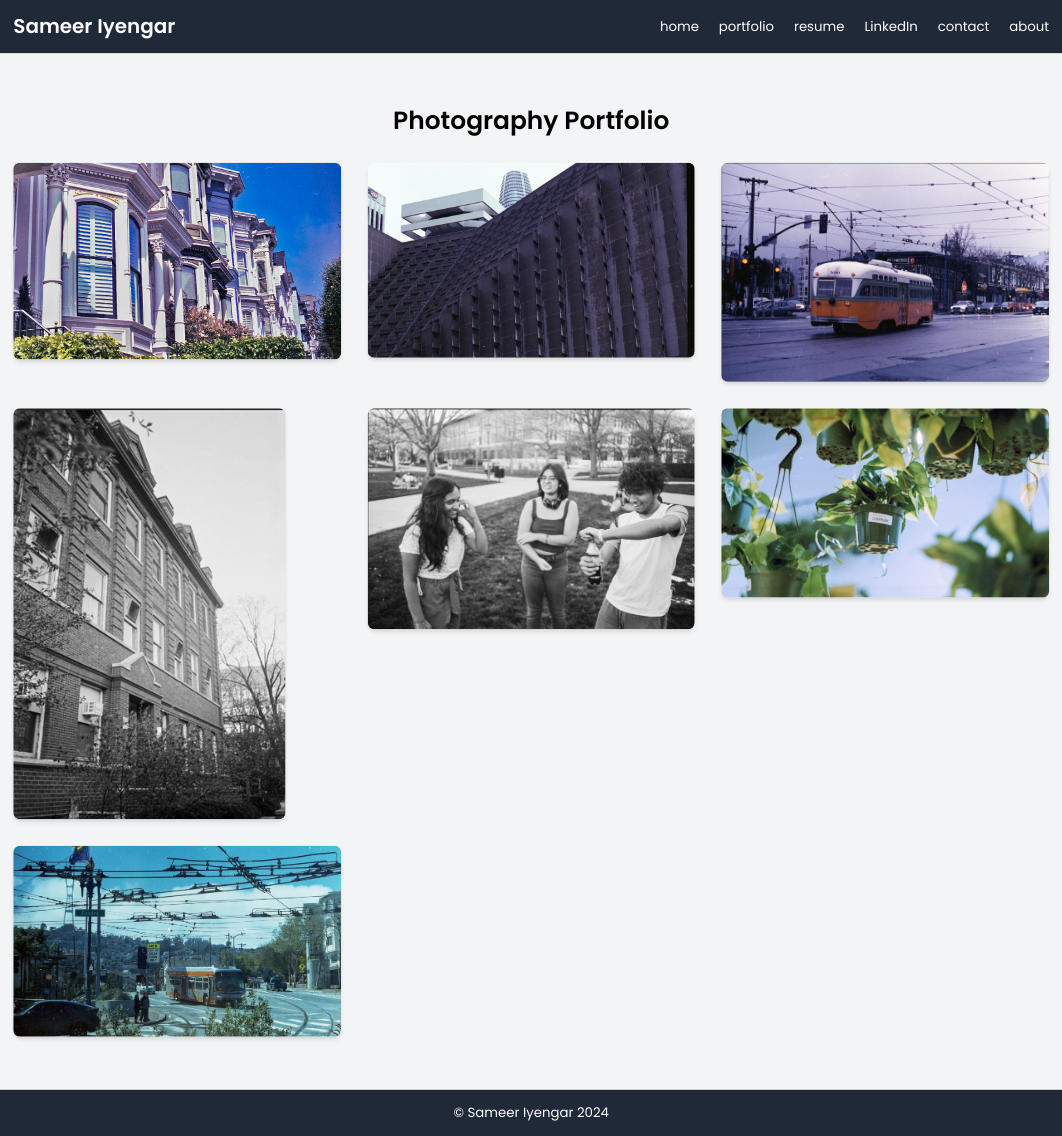
Repository: siyengar04/siyengar04.github.io
Page: portfolio.html
These files come from the project's save history. The page is drawn as it stood at one moment and after the next save; the edit follows.
The browser window is 1280 px wide. The pictures show the whole page, at 83% of full size.
Some web libraries are served in a nearby version.

Above is the page before, as saved 2024-11-05 21:58:41.

### portfolio.html
<!DOCTYPE html>
<html lang="en">

<head>
    <meta charset="UTF-8">
    <meta name="viewport" content="width=device-width, initial-scale=1.0">
    <title>Sameer Iyengar</title>
    <script src="https://cdn.tailwindcss.com"></script>
    <link href="https://fonts.googleapis.com/css2?family=Poppins:wght@300;400;600&display=swap" rel="stylesheet">
    <style>
        body {
            font-family: 'Poppins', sans-serif;
        }
    </style>
</head>

<body class="bg-gray-100">
    <header class="bg-gray-800 text-white py-4">
        <div class="container mx-auto flex justify-between items-center px-4">
            <h1 class="text-2xl font-semibold">Sameer Iyengar</h1>
            <div class="md:hidden">
                <button id="nav-toggle" class="text-white focus:outline-none">
                    <svg xmlns="http://www.w3.org/2000/svg" class="h-6 w-6" fill="none" viewBox="0 0 24 24" stroke="currentColor">
                        <path stroke-linecap="round" stroke-linejoin="round" stroke-width="2" d="M4 6h16M4 12h16m-7 6h7" />
                    </svg>
                </button>
            </div>
            <nav id="nav-menu" class="hidden md:flex md:space-x-6">
                <ul class="flex flex-col md:flex-row space-y-4 md:space-y-0 md:space-x-6">
                    <li><a href="index.html" class="hover:text-gray-400">home</a></li>
                    <li><a href="/portfolio.html" class="hover:text-gray-400">portfolio</a></li>
                    <li><a href="/resume.html" class="hover:text-gray-400">resume</a></li>
                    <li><a href="https://www.linkedin.com/in/sameer-iyengar/" class="hover:text-gray-400">LinkedIn</a></li>
                    <li><a href="/contact.html" class="hover:text-gray-400">contact</a></li>
                    <li><a href="/about.html" class="hover:text-gray-400">about</a></li>
                </ul>
            </nav>
        </div>
    </header>
    <section id="portfolio" class="portfolio py-16">
        <div class="container mx-auto px-4">
            <h2 class="text-3xl font-bold mb-8 text-center">Photography Portfolio</h2>
            <div class="grid grid-cols-1 md:grid-cols-2 lg:grid-cols-3 gap-8">
                <img src="/images/photo1.jpg" alt="Photo 1" class="w-auto h-auto rounded-lg shadow-md">
                <img src="/images/photo2.jpg" alt="Photo 2" class="w-auto h-auto rounded-lg shadow-md">
                <img src="/images/photo3.png" alt="Photo 3" class="w-auto h-auto rounded-lg shadow-md">
                <img src="/images/photo4.png" alt="Photo 4" class="w-auto h-auto rounded-lg shadow-md">
                <img src="/images/photo5.png" alt="Photo 5" class="w-auto h-auto rounded-lg shadow-md">
                <img src="/images/photo6.jpg" alt="Photo 6" class="w-auto h-auto rounded-lg shadow-md">
                <img src="/images/photo7.jpg" alt="Photo 7" class="w-auto h-auto rounded-lg shadow-md">

            </div>
        </div>
    </section>



    <footer class="bg-gray-800 text-white text-center py-4">
        <div class="container mx-auto">
            <p>&copy; Sameer Iyengar 2024</p>
        </div>
    </footer>

    <script>
        const navToggle = document.getElementById('nav-toggle');
        const navMenu = document.getElementById('nav-menu');

        navToggle.addEventListener('click', () => {
            navMenu.classList.toggle('hidden');
        });
    </script>
</body>

</html>

After the next save:
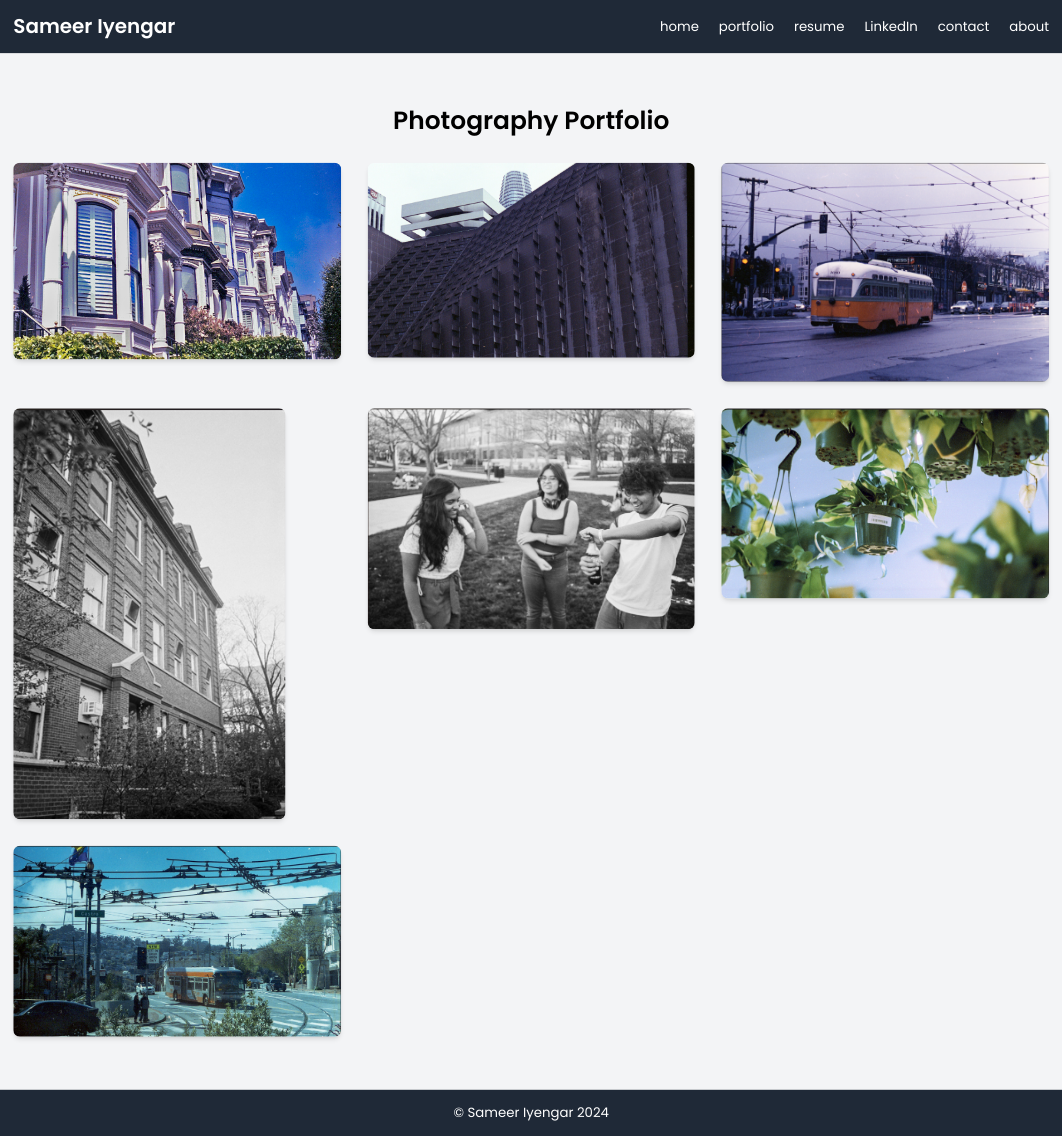
Saved 4 min 27 s later.
--- a/portfolio.html
+++ b/portfolio.html
@@ -46,8 +46,8 @@
                 <img src="/images/photo3.png" alt="Photo 3" class="w-auto h-auto rounded-lg shadow-md">
                 <img src="/images/photo4.png" alt="Photo 4" class="w-auto h-auto rounded-lg shadow-md">
                 <img src="/images/photo5.png" alt="Photo 5" class="w-auto h-auto rounded-lg shadow-md">
-                <img src="/images/photo6.jpg" alt="Photo 6" class="w-auto h-auto rounded-lg shadow-md">
-                <img src="/images/photo7.jpg" alt="Photo 7" class="w-auto h-auto rounded-lg shadow-md">
+                <img src="/images/photo6.png" alt="Photo 6" class="w-auto h-auto rounded-lg shadow-md">
+                <img src="/images/photo7.png" alt="Photo 7" class="w-auto h-auto rounded-lg shadow-md">
 
             </div>
         </div>
